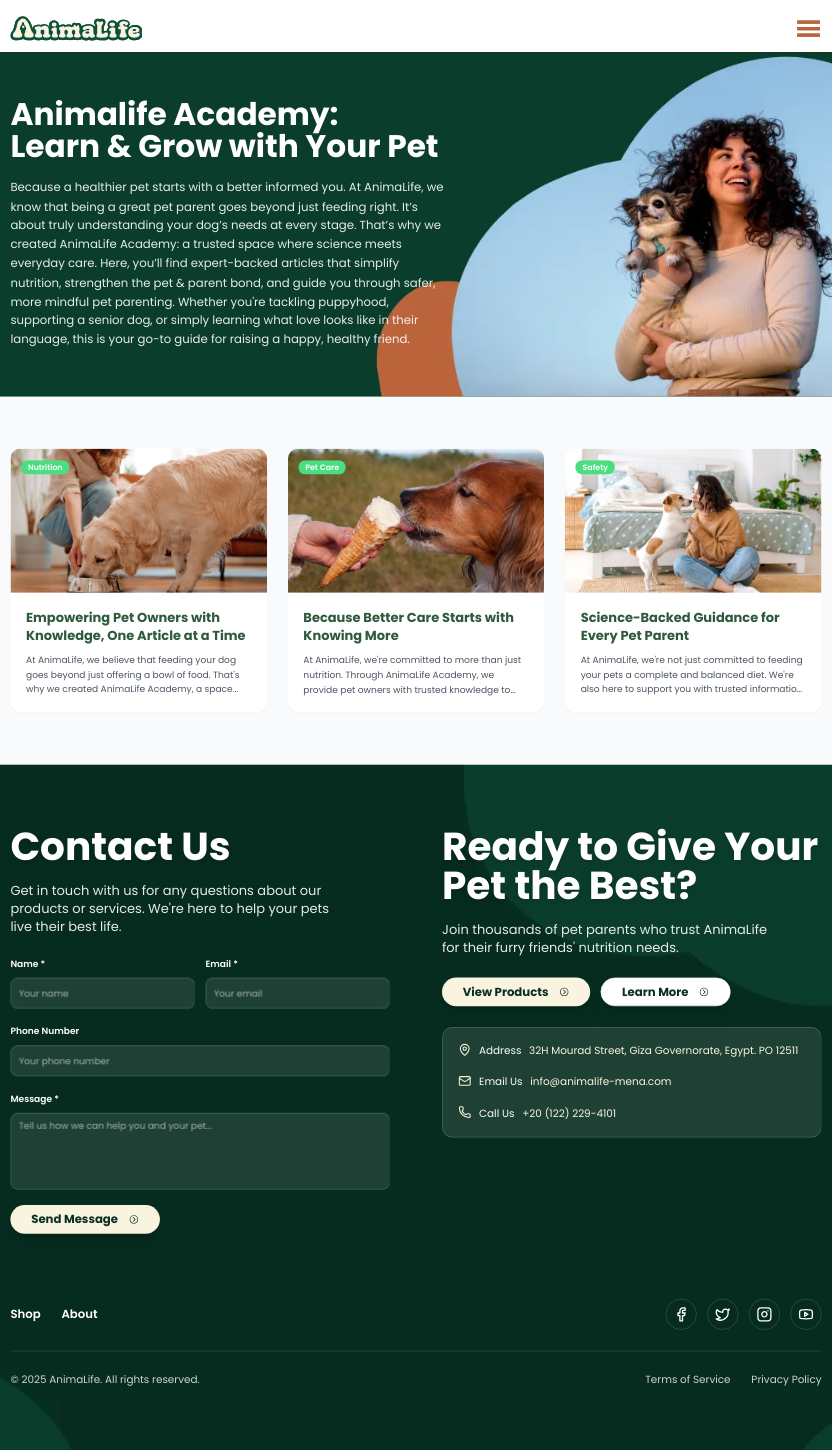
Repository: the-jupiteragency/animalife
Page: /academy
These files come from the project's save history. The page is drawn as it stood at one moment and after the next save; the edit follows.
The browser window is 1280 px wide. The pictures show the whole page, at 65% of full size.
The project was rebuilt for these pictures with package versions that can differ from the ones it lists, and the page was loaded fresh each time. The framework's server and built-in components were replaced by stand-ins that run in the browser. Also part of the build but not shown: next.config.mjs.

Above is the page before, as saved 2025-08-05 09:35:11.

After the next save:
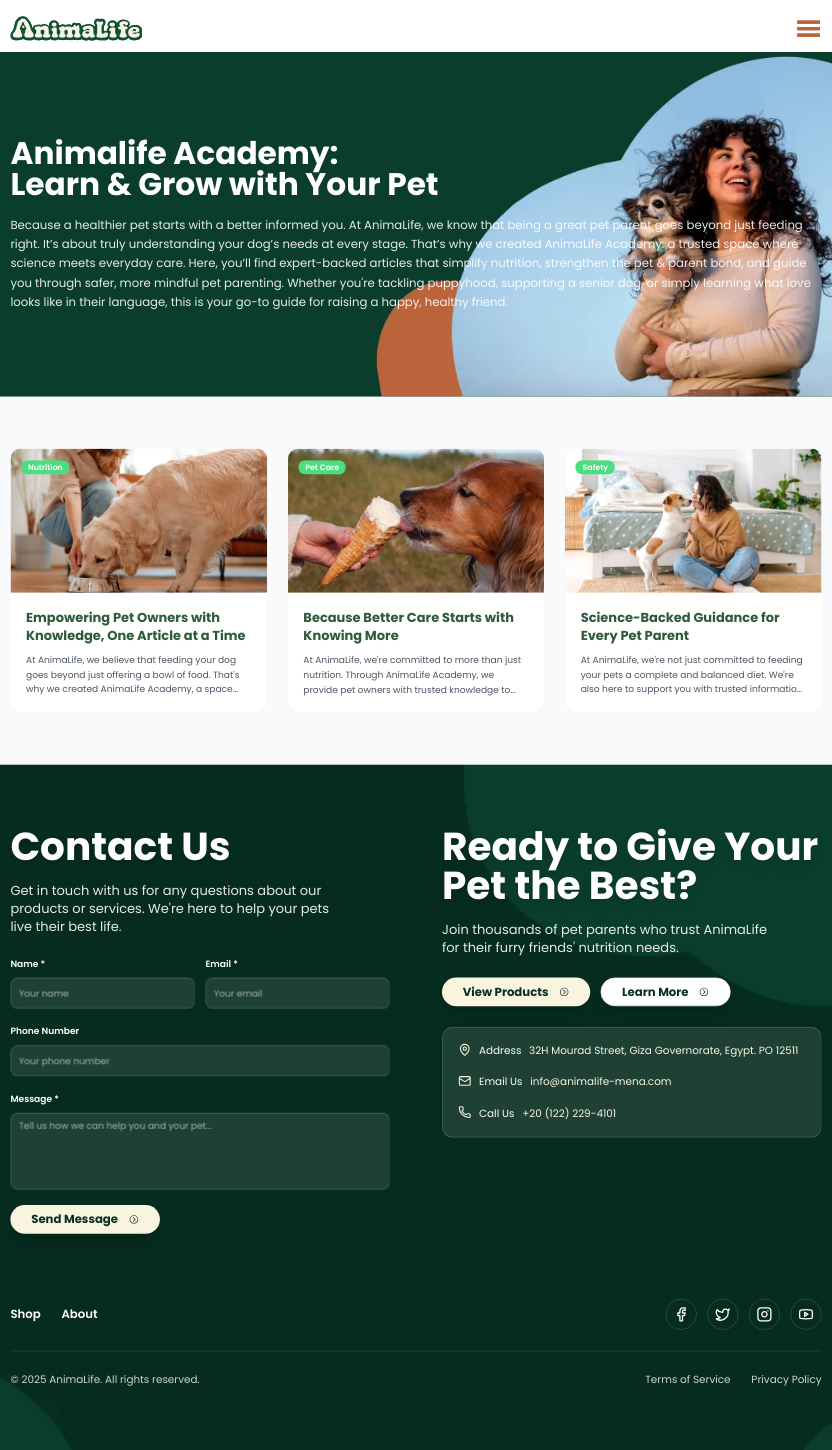
Saved 8 s later.
--- a/app/academy/page.tsx
+++ b/app/academy/page.tsx
@@ -29,7 +29,7 @@
             />
           </div>
           <div className="relative z-10 container mx-auto px-4 h-full flex items-center">
-            <div className="max-w-2xl">
+            <div className="w-2xl">
               <h1 className="text-4xl md:text-5xl font-bold text-white mb-6">
                 Animalife Academy:
                 <br />

After the 2 saves that followed:
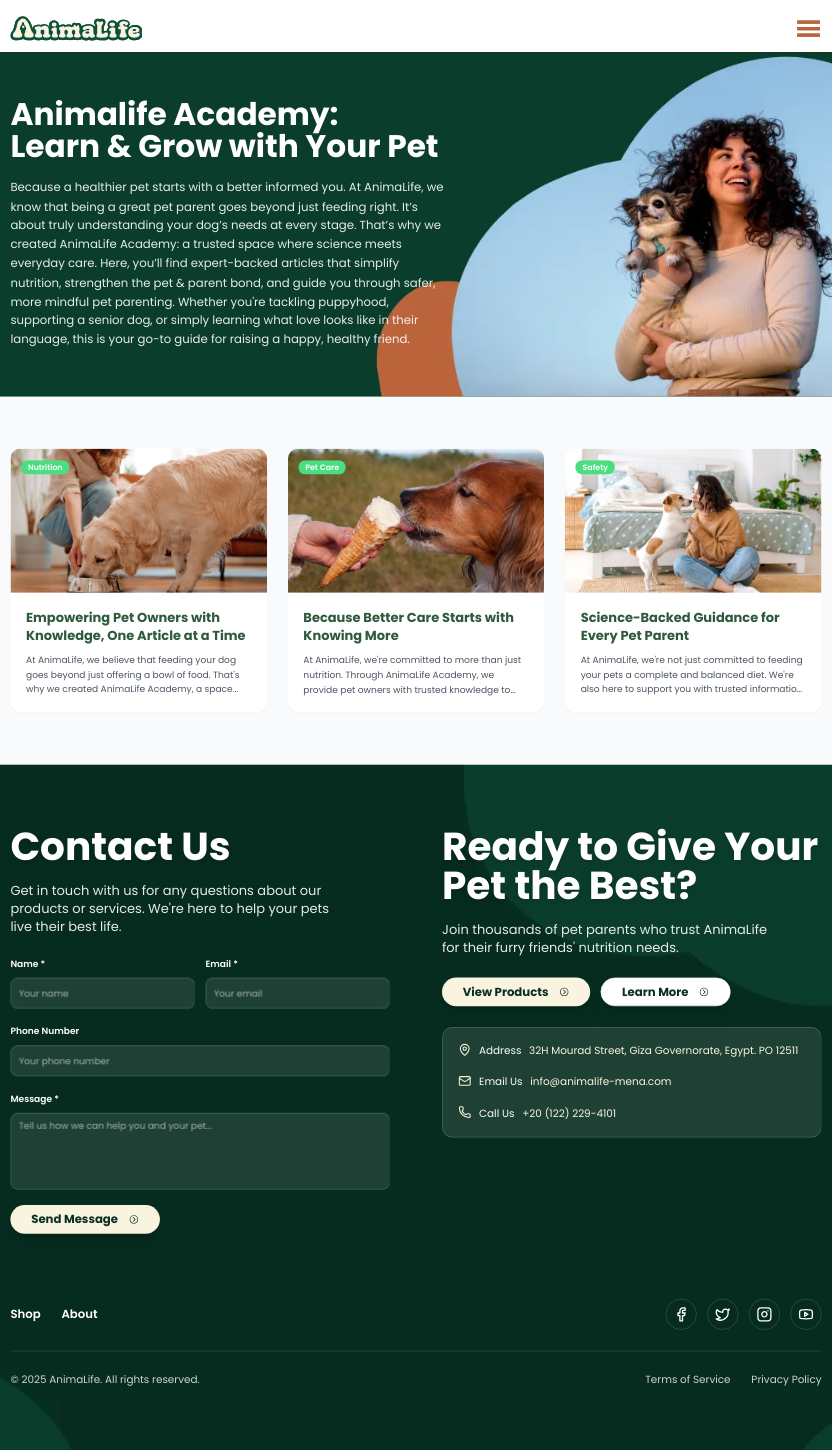
The 2 saves are shown as one change because 1 left the picture as it was.
The last was saved 19 s later.
--- a/app/academy/page.tsx
+++ b/app/academy/page.tsx
@@ -29,7 +29,7 @@
             />
           </div>
           <div className="relative z-10 container mx-auto px-4 h-full flex items-center">
-            <div className="w-2xl">
+            <div className="max-w-2xl">
               <h1 className="text-4xl md:text-5xl font-bold text-white mb-6">
                 Animalife Academy:
                 <br />
